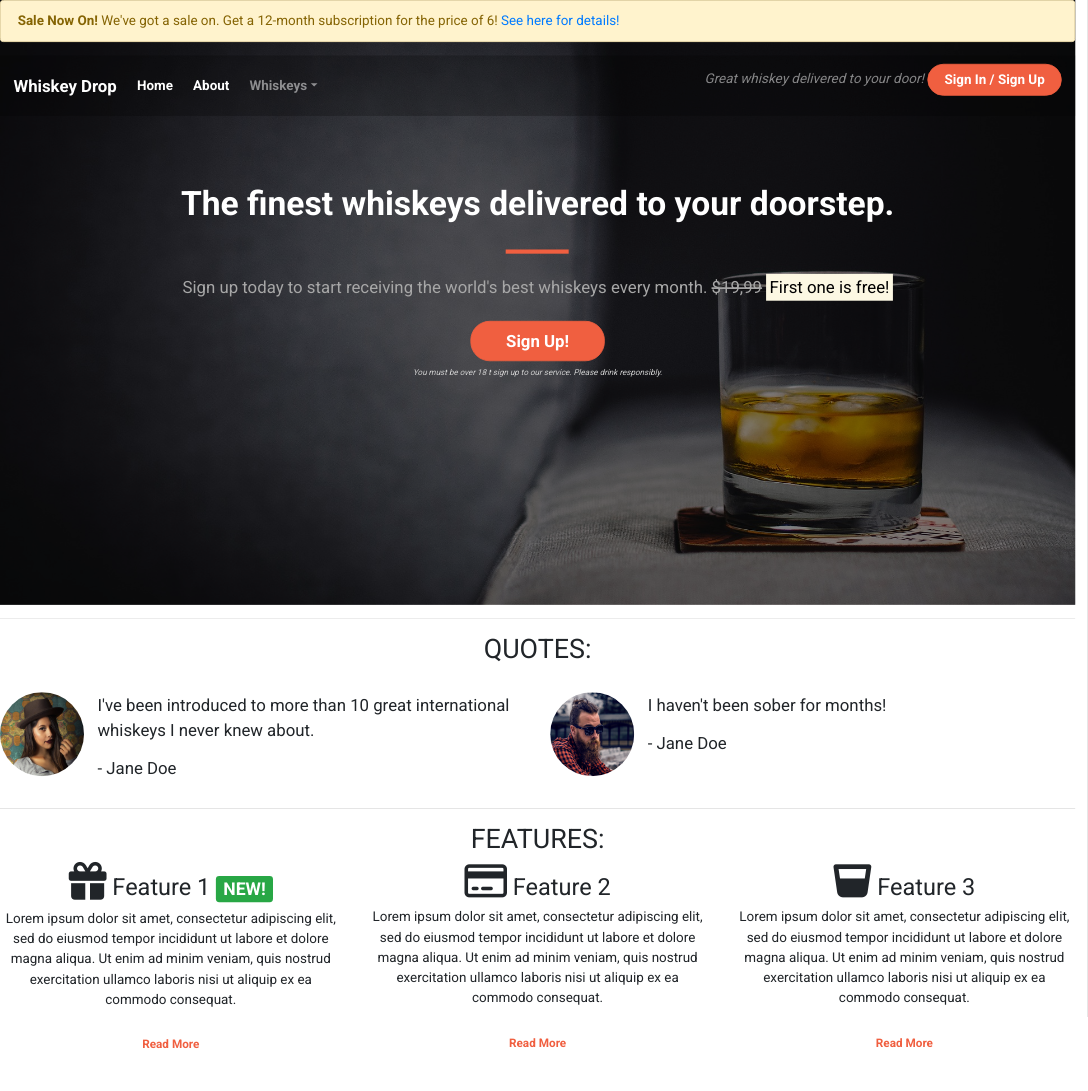
Repository: nitr-am/whiskey-project
Page: index.html
The author's editor kept a record of every edit. The page is drawn from the files as they stood at one moment, then again after the next edit.
The browser window is 1280 px wide. The page is 1295 px wide, so the pictures cover 1295 px, including what lies to the right of the window. The pictures show the whole page, at 84% of full size.
Backgrounds fixed to the window are drawn as part of the page. Some web libraries are served in a nearby version.

Above is the page before.

After the next edit:
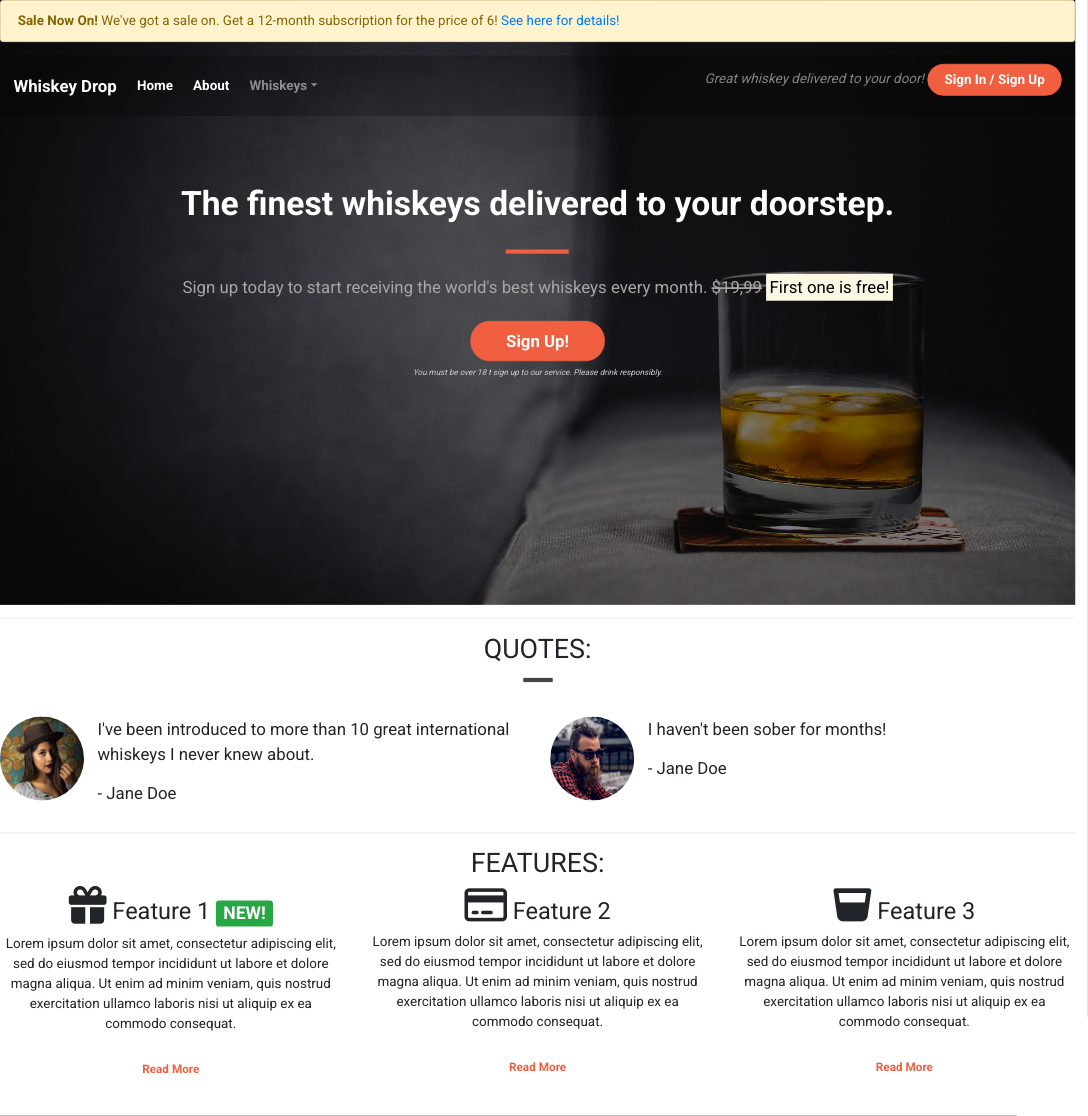
The edit:
--- a/index.html
+++ b/index.html
@@ -82,6 +82,7 @@
             <div class="row ">
                 <div class="col-12 page-header">
                     <h2 class="text-uppercase">Quotes:</h2>
+                    <hr class="block-divider block-divider--short">
                 </div>
             </div>
             <div class="row ">
